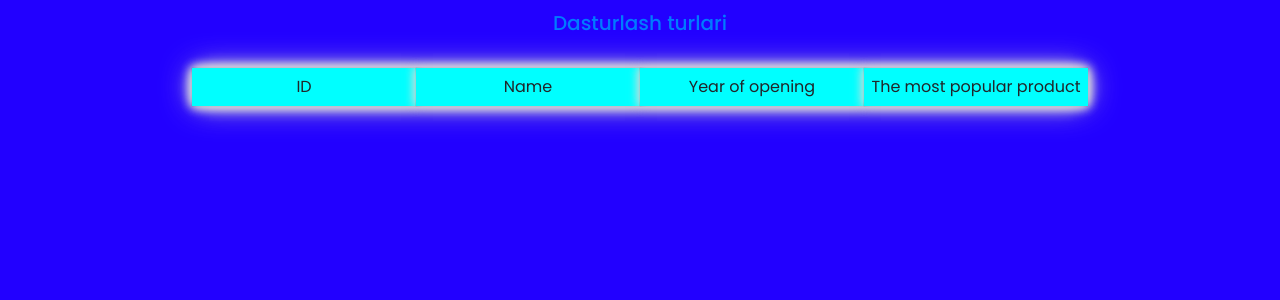
Repository: maqsudov0371/vazifa
Page: http://localhost/authenticate/register
The author's editor kept a copy of each file at every save. The page is drawn from the files as they stood at one save, then again after the next save.
The browser window is 1280 px wide. The pictures show the whole page.
Some web fonts or font styles are not loaded; a fallback is used. The page is served by the project's application, run on Django 5.2 (manage.py).

Above is the page before, as saved 2024-07-19 10:37:30.

After the next save:
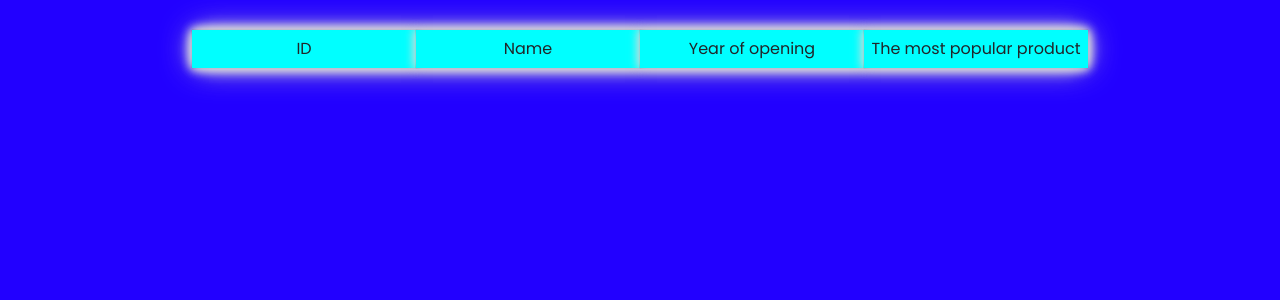
Saved 4 s later.
--- a/templates/register.html
+++ b/templates/register.html
@@ -60,7 +60,6 @@
 <body>
     <div class="register">
         <h1>{{ list2 }}</h1>
-        <a href="{% url 'register_user' %}">Dasturlash turlari</a>
     </div>
 <!--<h2>  Hello world !  </h2>-->
 <!--<h6>  Hello world !  </h6>-->
